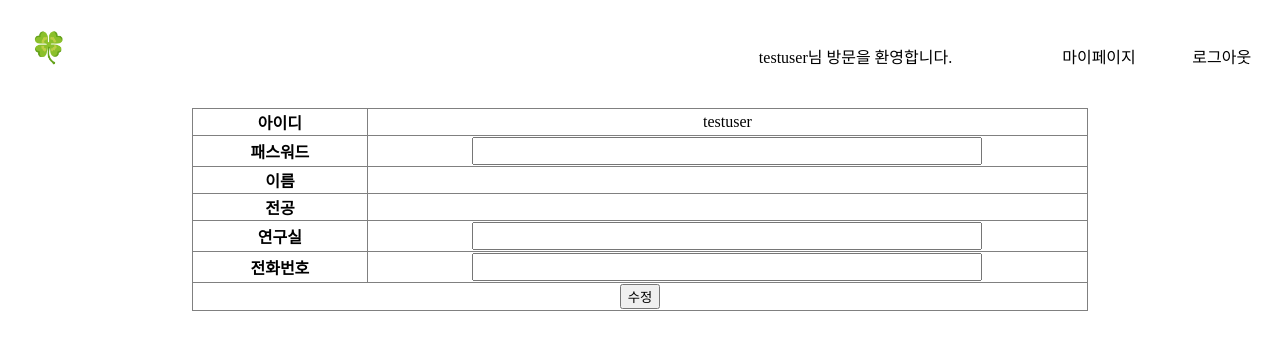
Repository: bokyung124/Enrolment_jsp
Page: http://localhost/lab/update_prof.jsp
These files come from the project's save history. The page is drawn as it stood at one moment and after the next save; the edit follows.
The browser window is 1280 px wide. The pictures show the whole page.
Some web fonts or font styles are not loaded; a fallback is used. The page is served by Tomcat 9. The session is filled in as if someone had signed in: {"user": "testuser"}. Queries for data that is not in the repository find no rows.

Above is the page before, as saved 2023-05-30 15:43:13.

After the next save:
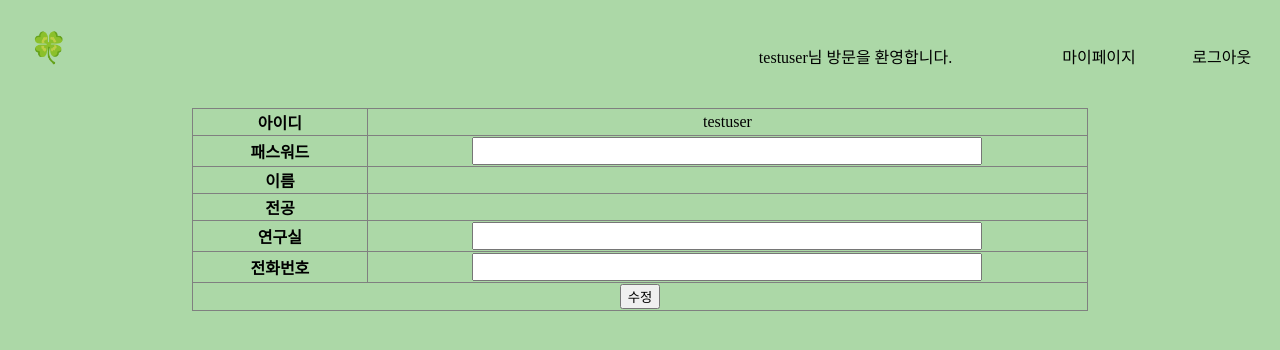
Saved 3 min 36 s later.
--- a/lab/lab/src/main/webapp/update_prof.jsp
+++ b/lab/lab/src/main/webapp/update_prof.jsp
@@ -8,7 +8,7 @@
 <meta charset="UTF-8">
 <title>교수 정보 수정</title>
 </head>
-<body>
+<body class = "loginDiv">
 	<%@ include file="user.jsp"%>
 	<br>
 	<center>
